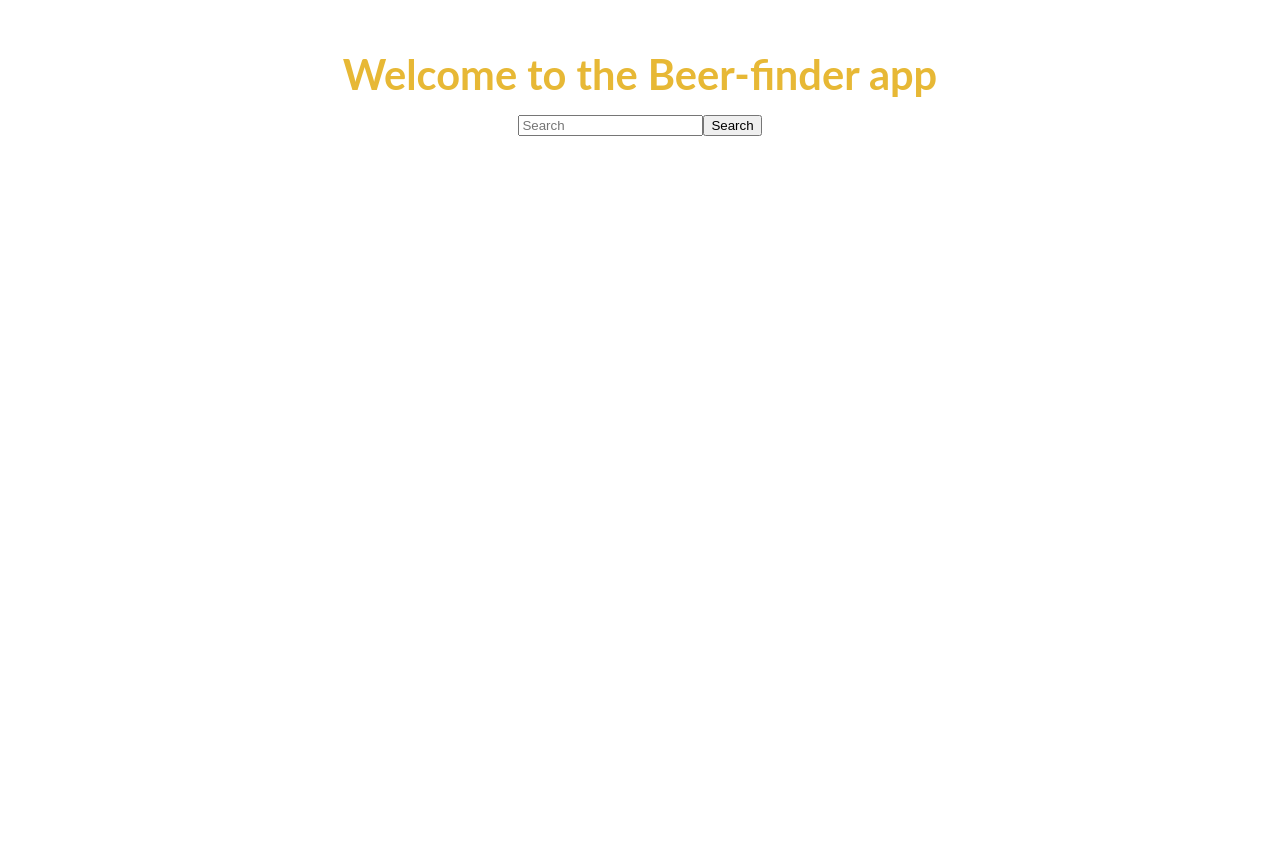
Repository: marcinszymaszek/beer-finder
Page: /
These files come from the project's save history. The page is drawn as it stood at one moment and after the next save; the edit follows.
The browser window is 1280 px wide. The pictures show the whole page.
The project was rebuilt for these pictures with package versions that can differ from the ones it lists, and the page was loaded fresh each time.

Above is the page before, as saved 2020-05-10 20:31:27.

After the next save:
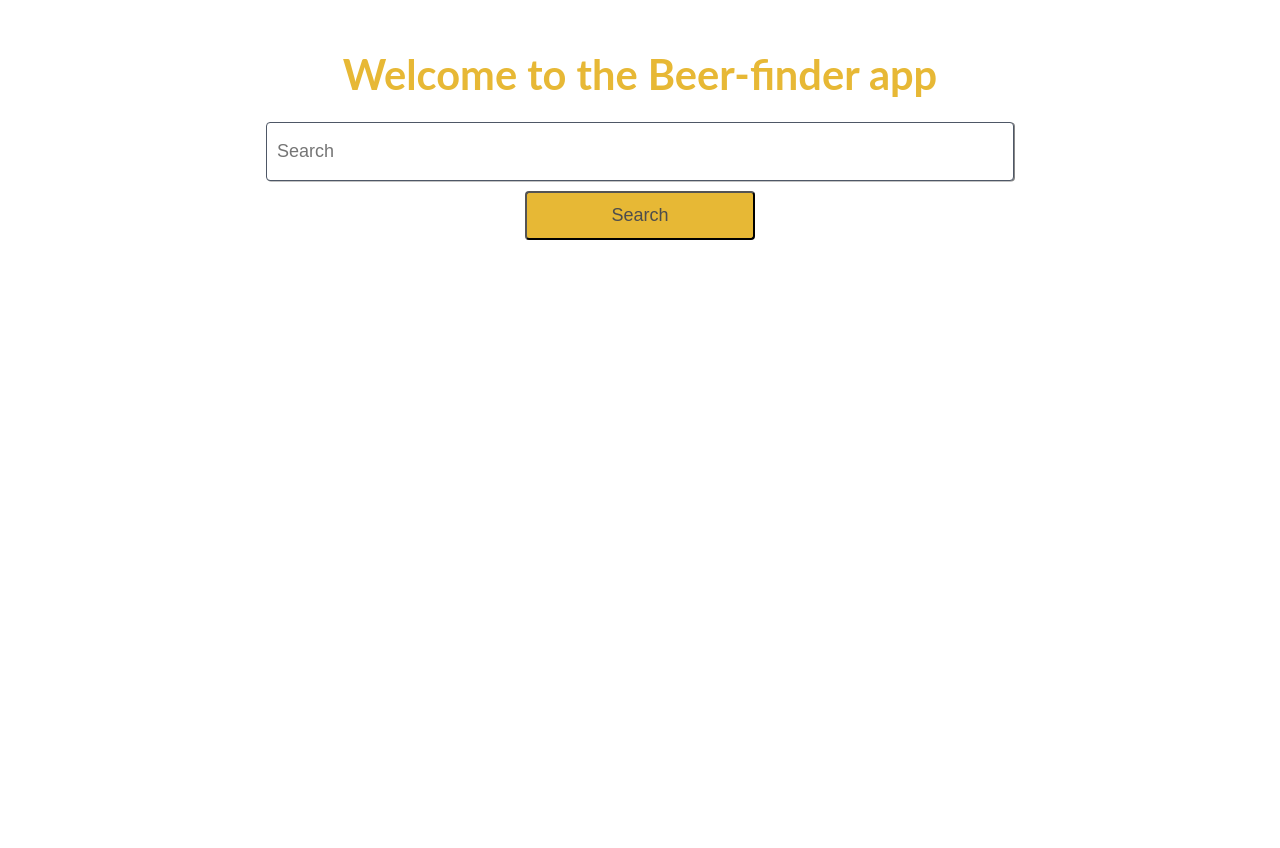
Saved 37 s later.
--- a/src/components/search/Search.js
+++ b/src/components/search/Search.js
@@ -1,5 +1,5 @@
 import React, { useState, useEffect } from 'react';
-
+import './Search.css';
 
 
 const Search = () => {
